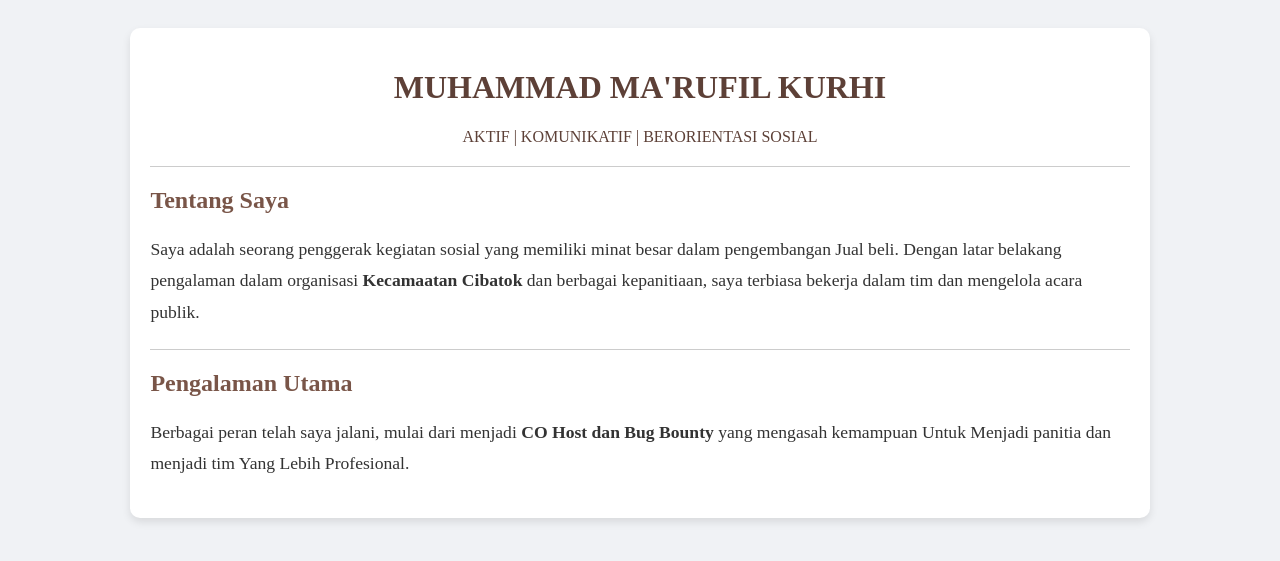
Repository: rufi1126/241552010002-Web-Application-Development
Page: uts/index.html
These files come from the project's save history. The page is drawn as it stood at one moment and after the next save; the edit follows.
The browser window is 1280 px wide. The pictures show the whole page.

Above is the page before, as saved 2026-05-08 01:07:58.

### uts/index.html
<!DOCTYPE html>
<html lang="id">
<head>
    <meta charset="UTF-8">
    <meta name="viewport" content="width=device-width, initial-scale=1.0">
    <title>Halaman Personal - Muhammad Ma'rufil Kurhi</title>
    <style>
        /* Menggunakan Class untuk styling umum */
        .container {
            width: 80%;
            margin: auto;
            background-color: #ffffff;
            padding: 20px;
            border-radius: 10px;
            box-shadow: 0px 4px 8px rgba(0,0,0,0.1);
        }

        /* Menggunakan ID untuk elemen spesifik */
        #main-header {
            text-align: center;
            color: #5d4037;
            text-transform: uppercase;
        }

        .section-title {
            color: #795548;
            margin-top: 20px;
        }

        .description {
            font-size: 1.1em;
            color: #333;
            line-height: 1.8;
        }

        hr {
            border: 0;
            height: 1px;
            background: #ccc;
            margin: 20px 0;
        }
    </style>
</head>
<body style="background-color: #f0f2f5; padding: 20px;">

    <div class="container">

        <header id="main-header">
            <h1>Muhammad Ma'rufil Kurhi</h1>
            <p>Aktif | Komunikatif | Berorientasi Sosial</p>
        </header>

        <hr> <div id="about-me" class="content-section">
            <h2 class="section-title">Tentang Saya</h2>
            <p class="description">
                Saya adalah seorang penggerak kegiatan sosial yang memiliki minat besar dalam pengembangan Jual beli.
                Dengan latar belakang pengalaman dalam organisasi <strong>Kecamaatan Cibatok</strong> dan berbagai kepanitiaan,
                saya terbiasa bekerja dalam tim dan mengelola acara publik.
            </p>
        </div>

        <hr>

        <div id="experience" class="content-section">
            <h2 class="section-title">Pengalaman Utama</h2>
            <p class="description">
                Berbagai peran telah saya jalani, mulai dari menjadi <strong>CO Host dan Bug Bounty</strong> yang mengasah
                kemampuan Untuk Menjadi panitia dan menjadi tim Yang Lebih Profesional.
            </p>
        </div>

    </div>

</body>
</html>

After the next save:
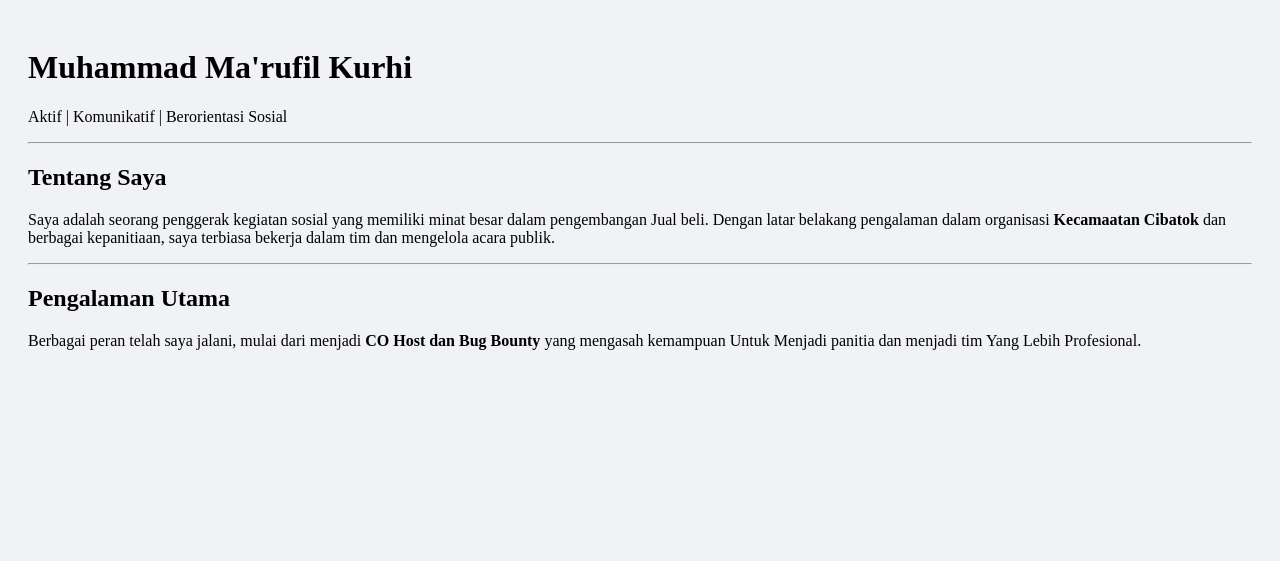
Saved 35 s later.
--- a/uts/index.html
+++ b/uts/index.html
@@ -5,40 +5,7 @@
     <meta name="viewport" content="width=device-width, initial-scale=1.0">
     <title>Halaman Personal - Muhammad Ma'rufil Kurhi</title>
     <style>
-        /* Menggunakan Class untuk styling umum */
-        .container {
-            width: 80%;
-            margin: auto;
-            background-color: #ffffff;
-            padding: 20px;
-            border-radius: 10px;
-            box-shadow: 0px 4px 8px rgba(0,0,0,0.1);
-        }
 
-        /* Menggunakan ID untuk elemen spesifik */
-        #main-header {
-            text-align: center;
-            color: #5d4037;
-            text-transform: uppercase;
-        }
-
-        .section-title {
-            color: #795548;
-            margin-top: 20px;
-        }
-
-        .description {
-            font-size: 1.1em;
-            color: #333;
-            line-height: 1.8;
-        }
-
-        hr {
-            border: 0;
-            height: 1px;
-            background: #ccc;
-            margin: 20px 0;
-        }
     </style>
 </head>
 <body style="background-color: #f0f2f5; padding: 20px;">
